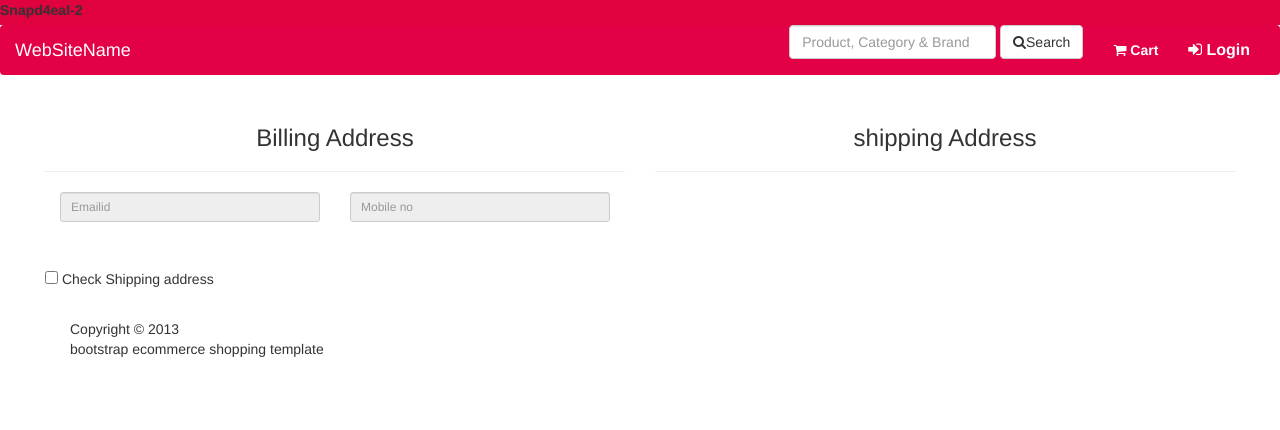
Repository: Aryans26/project
Page: http://localhost/frontend/WEB-INF/views/addressorder.jsp
These files come from the project's save history. The page is drawn as it stood at one moment and after the next save; the edit follows.
The browser window is 1280 px wide. The pictures show the whole page.
Some web libraries are served in a nearby version. The page is served by Tomcat 9. Nobody is signed in. Other server files are loaded and not shown. The template is opened directly, without the code that normally fills it, so the values that code supplies are empty.

Above is the page before, as saved 2017-06-21 06:37:38.

### frontend/src/main/webapp/WEB-INF/views/addressorder.jsp
<%@ taglib prefix="c" uri="http://www.springframework.org/tags"%>
<%@ taglib prefix="form" uri="http://www.springframework.org/tags/form"%>
<!doctype html>
<html>
<head>
<c:url value="/resource" var="res" />

<!-- <link rel="stylesheet" ref="https://maxcdn.bootstrapcdn.com/bootstrap/3.3.7/css/bootstrap.min.css"> -->
<script
	src="https://ajax.googleapis.com/ajax/libs/jquery/3.2.1/jquery.min.js"></script>
<script
	src="https://maxcdn.bootstrapcdn.com/bootstrap/3.3.7/js/bootstrap.min.js"></script>
<link rel="stylesheet" href="${res}/css/bootstrap.min.css" />
<link rel="stylesheet" href="${res}/css/style.css" />
<link rel="stylesheet" href="${res}/css/font-awesome/css/font-awesome.min.css" />

</head>
<body>
	<%@include file="navbar.jsp"%>
	<div class="span11">

	<div class="col-md-12  col-sm-12  col-xs-8 "
	style="background: #fff; padding: 30px;">

	<div class="col-md-6 col-sm-6 col-xs-12">
		<h3 class="text-center">Billing Address</h3>

		<hr>
			<div class="col-xs-6 col-sm-6 col-md-6">
			<div class="form-group">
				<form:input type="text" path="user.U_email" name="email" class="form-control input-sm"
				placeholder="Emailid" disabled="true"/>
			</div>
		</div>
		<div class="col-xs-6 col-sm-6 col-md-6">
			<div class="form-group">
				<form:input type="number" name="mono" path="user.U_phoneno" disabled="true"
			class="form-control input-sm" placeholder="Mobile no"/>
			</div>
		</div>


		<div class="col-xs-12 col-sm-12 col-md-12">
			<div class="form-group">
<%-- 				<form:input class="form-control" path="billing.House_no" disabled="true" --%>
<%-- 					placeholder="House name and number"/>                                                 --%>

			</div>
		</div>

		<div class="col-xs-12 col-sm-4 col-md-4">
			<div class="form-group">
<%-- 				<form:input type="text" name="country" disabled="true" --%>
<%-- 					class="form-control input-sm" placeholder="country" path="billing.Country" /> --%>
			</div>
		</div>
		<div class="col-xs-12 col-sm-4 col-md-4">
			<div class="form-group">
<%-- 				<form:input type="text" name="city" disabled="true" --%>
<%-- 					class="form-control input-sm" placeholder="city" path="billing.City"/> --%>
			</div>
		</div>
		<div class="col-xs-12 col-sm-4 col-md-4">
			<div class="form-group">
<%-- 				<form:input type="text" name="pincode" disabled="true" --%>
<%-- 					class="form-control input-sm" placeholder="pincode" path="billing.Pincode" /> --%>
			</div>
		</div>
		<input class="coupon_question" type="checkbox" name="coupon_question"
			value="1"> <span class="item-text">Check Shipping
			address</span>
	</div>


	<div class="col-md-6 shipping col-sm-6 col-xs-12">
		<h3 class="text-center">shipping Address</h3>

		<hr>
<%-- 	<c:url value="/orderConfirm" var="a"/> --%>
<%-- 		<form:form action="${a}" method="post" commandName="shippingAddress"> --%>


<!-- 		<div class="col-xs-6 col-sm-6 col-md-6"> -->
<!-- 			<div class="form-group"> -->
<%-- 				<form:input type="text" name="first_name" id="first_name" --%>
<%-- 					class="form-control input-sm" placeholder="First Name" path="firstname"/> --%>
<!-- 			</div> -->
<!-- 		</div> -->
<!-- 		<div class="col-xs-6 col-sm-6 col-md-6"> -->
<!-- 			<div class="form-group"> -->
<%-- 				<form:input type="text" name="last_name" id="last_name" --%>
<%-- 					class="form-control input-sm" placeholder="Last Name" path="lastname"/> --%>
<!-- 			</div> -->
<!-- 		</div> -->

<!-- 		<div class="col-xs-6 col-sm-6 col-md-6"> -->
<!-- 			<div class="form-group"> -->
<%-- 				<form:input type="text" name="first_name" id="first_name" --%>
<%-- 					class="form-control input-sm" placeholder="Email id" path="email"/> --%>
<!-- 			</div> -->
<!-- 		</div> -->
<!-- 		<div class="col-xs-6 col-sm-6 col-md-6"> -->
<!-- 			<div class="form-group"> -->
<%-- 				<form:input type="text" name="Mobile_no"  --%>
<%-- 					class="form-control input-sm" placeholder="Mobile no" path="mono"/> --%>
<!-- 			</div> -->
<!-- 		</div> -->

<!-- 		<div class="col-xs-12 col-sm-12 col-md-12"> -->
<!-- 			<div class="form-group"> -->
<%-- 				<form:input type="text" class="form-control" path="houseno"/>                                                 --%>

<!-- 			</div> -->
<!-- 		</div> -->

<!-- 		<div class="col-xs-12 col-sm-4 col-md-4"> -->
<!-- 			<div class="form-group"> -->
<%-- 				<form:input type="text" --%>
<%-- 					class="form-control input-sm" placeholder="country" path="country"/> --%>
<!-- 			</div> -->
<!-- 		</div> -->
<!-- 		<div class="col-xs-12 col-sm-4 col-md-4"> -->
<!-- 			<div class="form-group"> -->
<%-- 				<form:input type="text"  --%>
<%-- 					class="form-control input-sm" placeholder="city" path="city"/> --%>
<!-- 			</div> -->
<!-- 		</div> -->
<!-- 		<div class="col-xs-12 col-sm-4 col-md-4"> -->
<!-- 			<div class="form-group"> -->
<%-- 				<form:input type="text" --%>
<%-- 					class="form-control input-sm" placeholder="pincode" path="pincode" /> --%>
<!-- 			</div> -->
<!-- 		</div> -->

<!-- 	<div class="col-md-12"> -->
<!-- 		<input type="submit" class="btn btn-primary pull-right" value="Continue"> -->
<!-- 	</div> -->
<%--    </form:form> --%>
</div>
</div></div>
<!--
Footer
-->

<!-- /container -->

<div class="copyright">
<div class="container">

	<span>Copyright &copy; 2013<br> bootstrap ecommerce shopping template</span>
</div>
</div>
<a href="#" class="gotop"><i class="icon-double-angle-up"></i></a>

  </body>
</html>

### frontend/src/main/webapp/WEB-INF/views/navbar.jsp
<%@ taglib prefix="c" uri="http://www.springframework.org/tags"%>
<%@ taglib prefix="form" uri="http://www.springframework.org/tags/form"%>
<%@ taglib prefix="security" uri="http://www.springframework.org/security/tags" %>
<%@ taglib prefix="c1" uri="http://java.sun.com/jsp/jstl/core"%>
<!DOCTYPE html >
<html>
<head>
<meta http-equiv="Content-Type" content="text/html; charset=ISO-8859-1">
<title>Insert title here</title>
</head>
<body>
	<div class="headder">
		<b>Snapd4eal-2</b>
	</div>

	<nav class="navbar navbar-default" style="color: white;">
		<div class="container-fluid">
			<div class="navbar-header">
				<button type="button" class="navbar-toggle" data-toggle="collapse" data-target="#myNavbar">
					<span class="icon-bar"></span> <span class="icon-bar"></span>
					<span class="icon-bar"></span>
				</button>
				<a class="navbar-brand" href="<c:url value="/"/>"
					style="color: white;">WebSiteName</a>
				<form class="navbar-form navbar-right visible-sm visible-xs">
					<div class="form-group">
						<input type="text" class="form-control"
							placeholder="Product, Category & Brand">
					</div>
					<button type="submit" class="btn btn-default">
						<i class="fa fa-search"></i>Search
					</button>

				</form>
			</div>
			<div class="collapse navbar-collapse" id="myNavbar">
			<c1:if test="${pageContext.request.userPrincipal.name!=null}">
			<security:authorize access="hasRole('ROLE_ADMIN')">
				<ul class="nav navbar-nav">
					<li style="color: white;"><a
						href="<c:url value="/category"/>">Add Category</a></li>
					<li style="color: white;"><a
						href="<c:url value="/addproduct"/>">Add Product</a></li>
					<li style="color: white;"><a
						href="<c:url value="/supplier"/>">Add Supplier</a></li>
<!-- 					<li style="color: white;"><a -->
<%-- 						href="<c:url value="/addcard"/>">Add Card</a></li> --%>

				</ul>
				</security:authorize>
				</c1:if>
				<ul class="nav navbar-nav navbar-right">
					<li><a href="<c:url value="/viewcart"/>"><i class="fa fa-shopping-cart"></i>
							Cart</a></li>

					<li class="dropdown"><a href="#" class="dropbtn"><span
							class="fa fa-sign-in"></span>
							<c1:if test="${pageContext.request.userPrincipal.name==null}"> Login </c1:if>
							 <c1:if test="${pageContext.request.userPrincipal.name!=null}">  Logout</c1:if></a>

						<div class="dropdown-content">
							<a href="#">your account</a>
							<a href="#">your orders</a>
							<c1:if test="${pageContext.request.userPrincipal.name==null}">

							<a href="<c:url value="/users"/>" class="hvr-reg-bordertop" > new user ?<br>
							<b>register</b></a>
<%-- <a href="<c:url value="/login"/>"><button type="button" class="btn btn-danger" style="width: 90%; margin: 10px;">Login</button></a> --%>
							<button type="button" class="btn btn-danger" data-toggle="modal"
								data-target="#myModal" style="width: 90%; margin: 10px;">Login</button>
								</c1:if>

								<c1:if test="${pageContext.request.userPrincipal.name!=null}">
					<a href="<c:url value="/j_spring_security_logout"/>"><button type="button" class="btn btn-danger" >Logout</button></a>
								</c1:if>
						</div></li>

				</ul>
				<form class="navbar-form navbar-right hidden-sm hidden-xs">
					<div class="form-group">
						<input type="text" class="form-control"
							placeholder="Product, Category & Brand">
					</div>
					<button type="submit" class="btn btn-default">
						<i class="fa fa-search"></i>Search
					</button>

				</form>

			</div>
		</div>
	</nav>


	<!-- Modal -->
	<div class="modal fade" id="myModal" role="dialog">
		<div class="modal-dialog modal-lg">
			<div class="modal-content">
				<div class="modal-header">
					<button type="button" class="close" data-dismiss="modal">&times;</button>
					<h4 class="modal-title">Login</h4>
				</div>
				<div class="modal-body">
				<c1:url value="/j_spring_security_check" var="a"/>
					<form role="form" method="post" action="${a} ">
						<div class="form-group">
				<label for="email">Email address:</label>
				<input type="email" class="form-control" id="email" name="j_username" placeholder="Email Id">
						</div>
						<div class="form-group">
				<label for="pwd">Password:</label>
				 <input type="password" class="form-control" id="pwd" name="j_password" placeholder="Password">
						</div>
						<div class="checkbox">
							<label><input type="checkbox"> Remember me</label>
						</div>
						<a class="cursor" data-dismiss="modal" data-toggle="modal"
							data-target="#myModal1">new User ? <b>register</b></a>
						<button type="submit" class="btn btn-success">Submit</button>
					</form>
				</div>
				<div class="modal-footer">
					<button type="button" class="btn btn-default" data-dismiss="modal">Close</button>
				</div>
			</div>
		</div>
	</div>

</body>
</html>

### frontend/src/main/webapp/resource/css/style.css
@charset "utf-8";
/* CSS Document */
.headder {
	min-height: 25px;
	background-color: #E0013F;
}

.navbar-default, .navbar-default li {
	background-color: #e40046;
	color: white;
}

.navbar-default li a {
	color: #FFF;
	font-weight: bold;
}

.navbar-nav li:hover, .navbar-nav li:focus, .navbar-nav li:active {
	background-color: #333;
}

.navbar-nav dropdown:hover {
	background-color: #333;
}

.dropbtn {
	color: white;
	padding: 16px;
	font-size: 16px;
	border: none;
	cursor: pointer;
}

.
.dropdown:hover {
	background-color: #333;
	color: white;
	padding: 16px;
	font-size: 16px;
	border: none;
	cursor: pointer;
}

.dropdown {
	position: relative;
	display: inline-block;
}

.dropdown-content {
	display: none;
	position: absolute;
	background-color: #333;
	min-width: 160px;
	right: 5px;
	box-shadow: 0px 8px 16px 0px rgba(0, 0, 0, 0.2);
	z-index: 1;
}

.dropdown-content a {
	color: black;
	font-size: 14px !important;
	font-weight: normal !important;
	text-align: center;
	padding: 12px 16px;
	text-decoration: none;
	display: block;
}

.dropdown-content a:hover {
	background-color: #000;
}

.dropdown:hover .dropdown-content {
	display: block;
}

.dropdown:hover .dropbtn {
	background-color: #333;
}

.dropdown-content .hvr-reg-bordertop {
	border-top: 1px solid #999;
	padding-top: 20px;
	margin-bottom: 0;
	padding-bottom: 0;
}

.cursor {
	cursor: pointer;
}

.form-fill{
	max-width:500px;
	box-shadow:2px 2px 8px  grey;
	padding:30px 20px;
	margin:10px auto;
	border-radius:10px;
}

.form-list-table{
	border:2px solid grey;
	box-shadow:4px 4px 8px grey;
	border-radius:10px;
}
.head3{
	color:#e40046;
	font-weight:bold;
	text-align:center;
	text-shadow:2px 2px 4px grey;
}

.items-list-head > div{
	Color:red;
	text-align:center;
	font-weight:bolder;
	font-size:20px;
}
.items-list > div{
	border-top:1px solid grey;
	line-height:40px;
	text-align:center;
	font-weight:bold;
}

.box-shadow{
	border-radius:10px;
	box-shadow:2px 2px 8px grey;
}

.list-head{
	font-size:16px;
	font-weight:bold;
	text-shadow:1px 1px 1px grey;
}

Loaded but not shown: frontend/src/main/webapp/resource/css/bootstrap.min.css (library); frontend/src/main/webapp/resource/css/font-awesome/css/font-awesome.min.css (library)

After the next save:
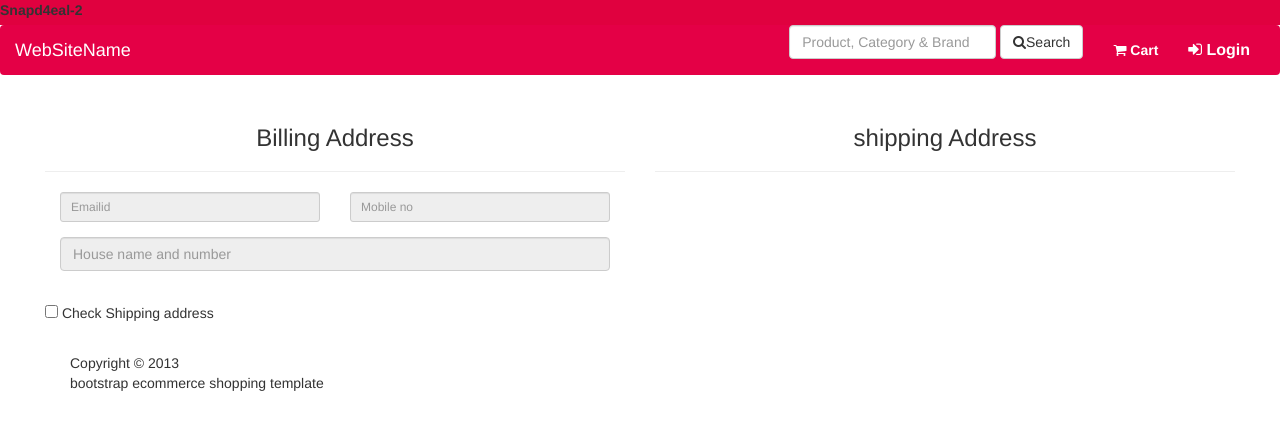
Saved 3 min 28 s later.
--- a/frontend/src/main/webapp/WEB-INF/views/addressorder.jsp
+++ b/frontend/src/main/webapp/WEB-INF/views/addressorder.jsp
@@ -42,8 +42,7 @@
 
 		<div class="col-xs-12 col-sm-12 col-md-12">
 			<div class="form-group">
-<%-- 				<form:input class="form-control" path="billing.House_no" disabled="true" --%>
-<%-- 					placeholder="House name and number"/>                                                 --%>
+				<form:input type="text" class="form-control" path="billing.House_no" disabled="true" placeholder="House name and number"/>
 
 			</div>
 		</div>
